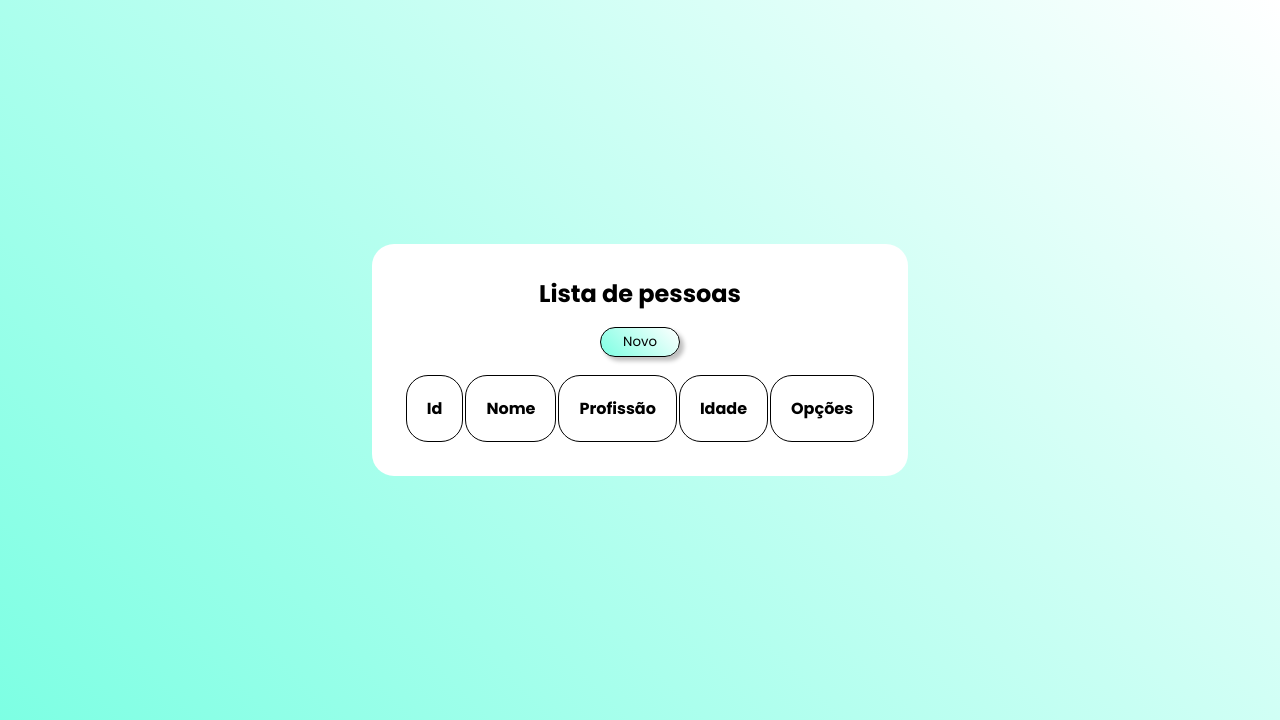
Repository: alef-torres/TesteUnicontrol
Page: http://localhost/desafioUnicontrol/main
The author's editor kept a copy of each file at every save. The page is drawn from the files as they stood at one save, then again after the next save.
The browser window is 1280 px wide. The pictures show the whole page.
The page is served by Tomcat 9. Other server files are loaded and not shown. Queries for data that is not in the repository find no rows.

Above is the page before, as saved 2024-02-10 23:05:46.

### DesafioUnicontrol/desafioUnicontrol/src/main/webapp/pesquisa.jsp
<%@ page language="java" contentType="text/html; charset=utf-8"
	pageEncoding="utf-8"%>
<%@ page import="model.JavaBeans"%>
<%@ page import="java.util.ArrayList"%>



<%
ArrayList<JavaBeans> lista = (ArrayList<JavaBeans>) request.getAttribute("pessoas");
%>


<!DOCTYPE html>
<html lang="pt-br">

<head>
<meta charset="UTF-8">
<title>Pessoas</title>
<link rel="stylesheet" href="estilo/pesquisa.css">
</head>

<body>
	<section>
		<div>
			<h1>Lista de pessoas</h1>
			<a href="index.html"><button>Novo</button></a>



			<table>
				<thead>
					<tr>
						<th>Id</th>
						<th>Nome</th>
						<th>Profissão</th>
						<th>Idade</th>
						<th>Opções</th>
					</tr>
				</thead>

				<tbody>
					<%
					for (int i = 0; i < lista.size(); i++) {
					%>
					<tr>
						<td><%=lista.get(i).getIdcon()%></td>
						<td><%=lista.get(i).getNome()%></td>
						<td><%=lista.get(i).getProfissao()%></td>
						<td><%=lista.get(i).getIdade()%></td>
						<td><a href="select?idcon=<%=lista.get(i).getIdcon()%>>">Editar</a>
							<a href="javascript: confirmar(<%=lista.get(i).getIdcon()%>)">Excluir</a>
						</td>

					</tr>
					<%
					}
					%>
				</tbody>
			</table>
		</div>
	</section>



	<script src="scripts/confirmador.js"></script>
</body>

</html>

### DesafioUnicontrol/desafioUnicontrol/src/main/java/controler/Controler.java
package controler;

import java.io.IOException;
import java.util.ArrayList;

import javax.servlet.RequestDispatcher;
import javax.servlet.ServletException;
import javax.servlet.annotation.WebServlet;
import javax.servlet.http.HttpServlet;
import javax.servlet.http.HttpServletRequest;
import javax.servlet.http.HttpServletResponse;

import model.DAO;
import model.JavaBeans;

@WebServlet(urlPatterns = { "/Controller", "/main", "/insert", "/select", "/update", "/delete" })
public class Controler extends HttpServlet {
	private static final long serialVersionUID = 1L;
	DAO dao = new DAO();
	JavaBeans pessoa = new JavaBeans();

	public Controler() {
		super();

	}

	protected void doGet(HttpServletRequest request, HttpServletResponse response)
			throws ServletException, IOException {

		String action = request.getServletPath();
		System.out.println(action);
		if (action.equals("/main")) {
			pesquisa(request, response);
		} else if (action.equals("/insert")) {
			novaPessoa(request, response);
		} else if (action.equals("/select")) {
			listarPessoas(request, response);
		} else if (action.equals("/update")) {
			editarPessoa(request, response);
		} else if (action.equals("/delete")) {
			deletarPessoa(request, response);
		} else {
			response.sendRedirect("index.html");
		}

	}

	protected void pesquisa(HttpServletRequest request, HttpServletResponse response)
			throws ServletException, IOException {

		ArrayList<JavaBeans> listaDePessoas = dao.listarPessoas();

		request.setAttribute("pessoas", listaDePessoas);
		RequestDispatcher rd = request.getRequestDispatcher("pesquisa.jsp");
		rd.forward(request, response);
	}

	protected void novaPessoa(HttpServletRequest request, HttpServletResponse response)
			throws ServletException, IOException {

		// enviando para as variaveis JavaBeans

		pessoa.setNome(request.getParameter("name"));
		pessoa.setProfissao(request.getParameter("profissao"));
		pessoa.setIdade(request.getParameter("idade"));

		// invocar o metodo insertPessoa passando o objeto pessoa

		dao.insertPessoas(pessoa);

		// retornando para a pagina index
		response.sendRedirect("index.html");
	}

	protected void listarPessoas(HttpServletRequest request, HttpServletResponse response)
			throws ServletException, IOException {
		String idcon = request.getParameter("idcon");

		pessoa.setIdcon(idcon);

		dao.selecionarPessoa(pessoa);

		request.setAttribute("idcon", pessoa.getIdcon());
		request.setAttribute("nome", pessoa.getNome());
		request.setAttribute("profissao", pessoa.getProfissao());
		request.setAttribute("idade", pessoa.getIdade());

		RequestDispatcher rd = request.getRequestDispatcher("editar.jsp");
		rd.forward(request, response);

	}

	protected void editarPessoa(HttpServletRequest request, HttpServletResponse response)
			throws ServletException, IOException {

		pessoa.setIdcon(request.getParameter("idcon"));
		pessoa.setNome(request.getParameter("nome"));
		pessoa.setProfissao(request.getParameter("profissao"));
		pessoa.setIdade(request.getParameter("idade"));

		dao.alterarContanto(pessoa);

		response.sendRedirect("main");

	}

	protected void deletarPessoa(HttpServletRequest request, HttpServletResponse response)
			throws ServletException, IOException {
		String idcon = request.getParameter("idcon");
		System.out.println(idcon);

		pessoa.setIdcon(idcon);

		dao.deleterPessoas(pessoa);

		response.sendRedirect("main");

	}

}

### DesafioUnicontrol/desafioUnicontrol/src/main/webapp/estilo/pesquisa.css
@charset "UTF-8";

@import url('https://fonts.googleapis.com/css2?family=Poppins:wght@100;300;400;500;600;700&display=swap');

* {
    margin: 0;
    padding: 0;
    font-family: 'Poppins';
    text-decoration: none;
}

body {
    width: 100%;
    height: 100vh;
    background: linear-gradient(45deg, #7DFFE3, #fff);
}

section {
    display: flex;
    height: 100%;
    flex-direction: column;
    justify-content: space-around;
    align-items: center;
}

div {
    display: flex;
    flex-direction: column;
    justify-content: space-around;
    align-items: center;
    gap: 1rem;
    background: white;
    border-radius: 22px;
    padding: 2rem;
}

.principal {
    margin-top: auto;
    height: 100%;
    display: flex;
    flex-direction: row;
    justify-content: space-around;
    align-items: center;
}

.formulario-de-cadastro {
    display: flex;
    flex-direction: column;
    padding: 2rem;
    background: #fff;
    border-radius: 10px;
}

#btn {
    display: flex;
    flex-direction: row;
    align-items: center;
    justify-content: space-around;
    margin-top: 1rem;
}

button {
    width: 80px;
    height: 30px;
    border: solid 1px black;
    border-radius: 22px;
    background: linear-gradient(45deg, #7DFFE3, #fff);
    color: black;
    cursor: pointer;
    box-shadow: 4px 4px 4px rgba(0, 0, 0, 0.25);
}

#btn-enviar {
    background: linear-gradient(-45deg, #7DFFE3, #fff);
}

a {
    color: black;
}

th {
	border: 1px solid black;
	border-radius: 22px;
	padding: 20px;

}

### DesafioUnicontrol/desafioUnicontrol/src/main/webapp/scripts/confirmador.js



function confirmar(idcon){
	let resposta = confirm("Comfirma a exclusão desta pessoa?")
	if (resposta === true){
		//alert(idcon)
		window.location.href = 'delete?idcon=' + idcon
	}
}

After the next save:
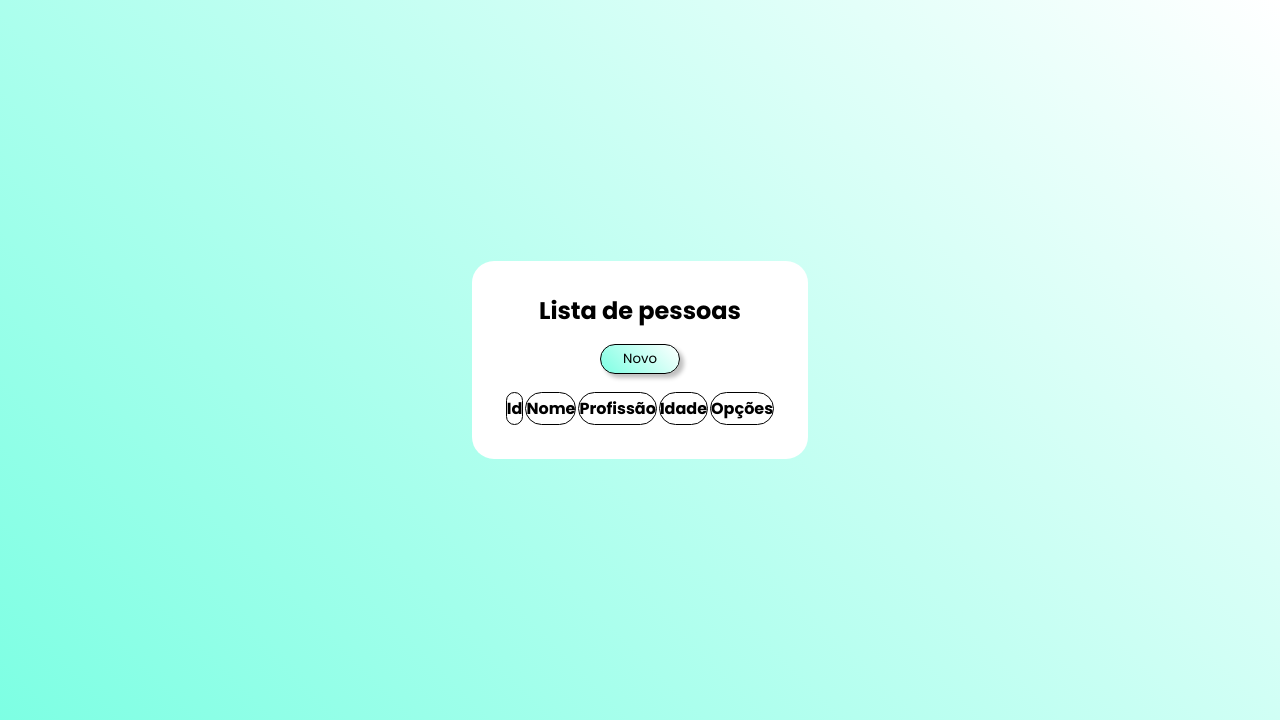
Saved 22 s later.
--- a/DesafioUnicontrol/desafioUnicontrol/src/main/webapp/estilo/pesquisa.css
+++ b/DesafioUnicontrol/desafioUnicontrol/src/main/webapp/estilo/pesquisa.css
@@ -81,6 +81,6 @@ a {
 th {
 	border: 1px solid black;
 	border-radius: 22px;
-	padding: 20px;
+	padding: 3px 0 3px 0;
 
 }
